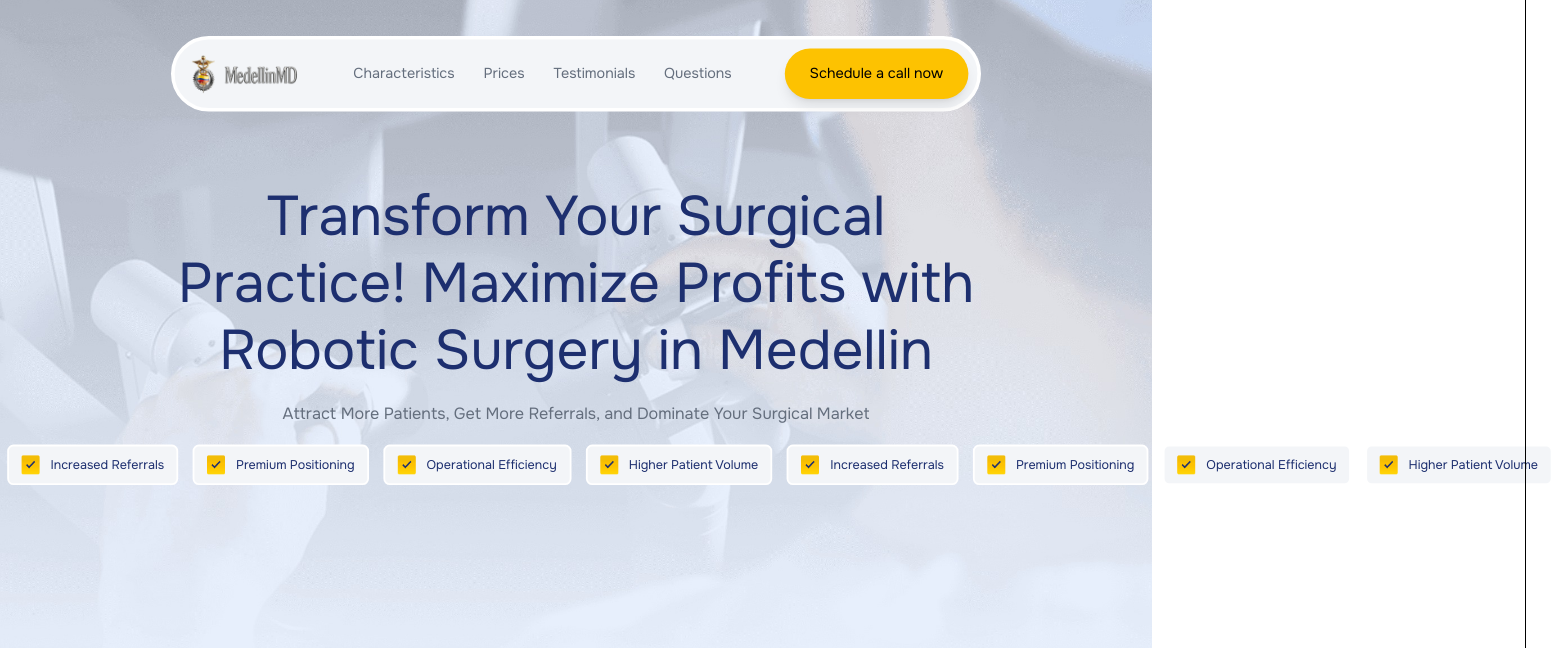
Repository: emmanueltech2019/cmd
Page: /home
The author's editor kept a copy of each file at every save. The page is drawn from the files as they stood at one save, then again after the next save.
The browser window is 1280 px wide. The page is 1725 px wide, then 1280 px, so the pictures cover 1725 px, including what lies to the right of the window. The pictures show the whole page, at 90% of full size.
The project was rebuilt for these pictures with package versions that can differ from the ones it lists, and the page was loaded fresh each time. The framework's server and built-in components were replaced by stand-ins that run in the browser. Also part of the build but not shown: next.config.mjs.

Above is the page before, as saved 2025-05-15 16:37:26.

After the next save:
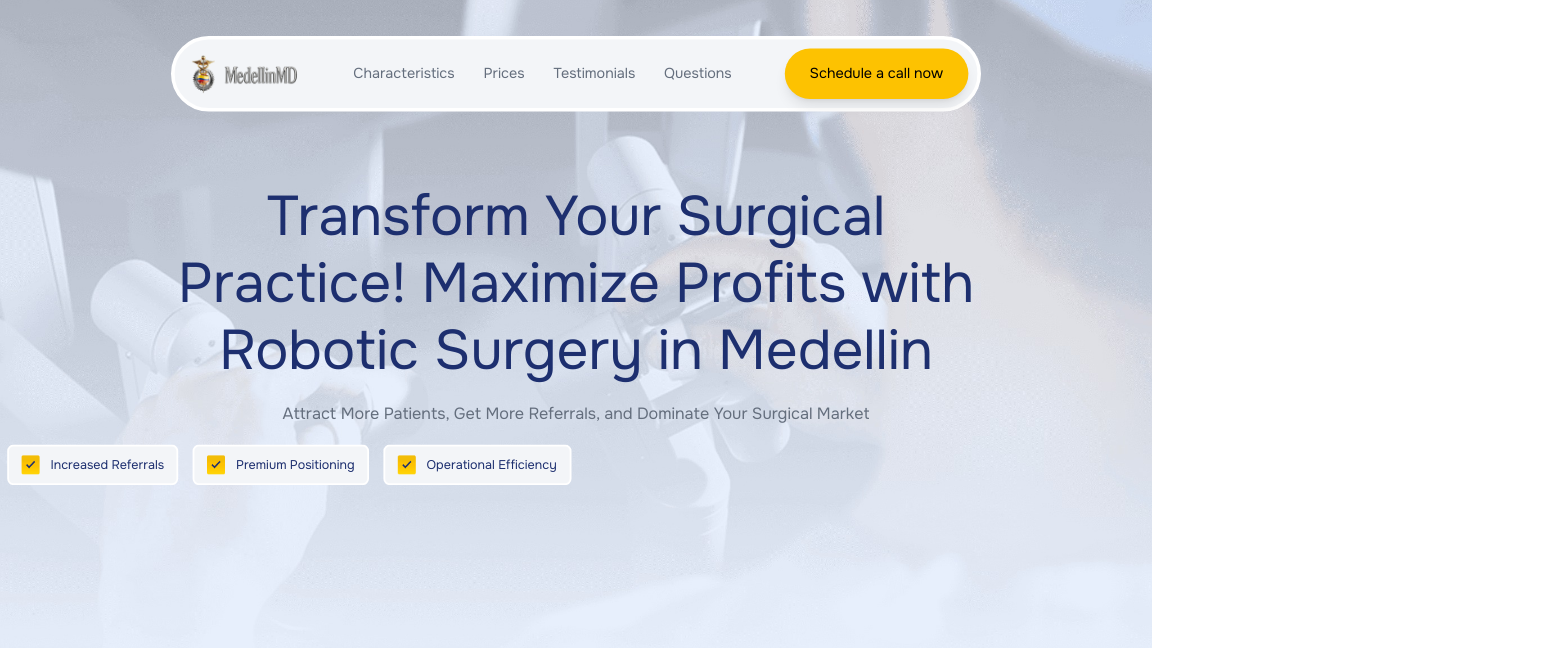
Saved 7 s later.
--- a/src/app/home/page.jsx
+++ b/src/app/home/page.jsx
@@ -49,7 +49,7 @@ const page = () => {
                 <h1 className="text-center text-web-blue text-webhero-font leading-webhero-lineheight">Transform Your Surgical Practice! Maximize Profits with Robotic Surgery in Medellin</h1>
                 <p className='text-websubhero-font text-web-navgray text-center py-5'>Attract More Patients, Get More Referrals, and Dominate Your Surgical Market</p>
             </div>
-            <div className="w-overflow-hidden">
+            <div className="w-[50%] overflow-hidden">
                 <div className="flex whitespace-nowrap">
                     {slideViewData.map((item) => (
                         <SlideView key={`a-${item.id}`}>
